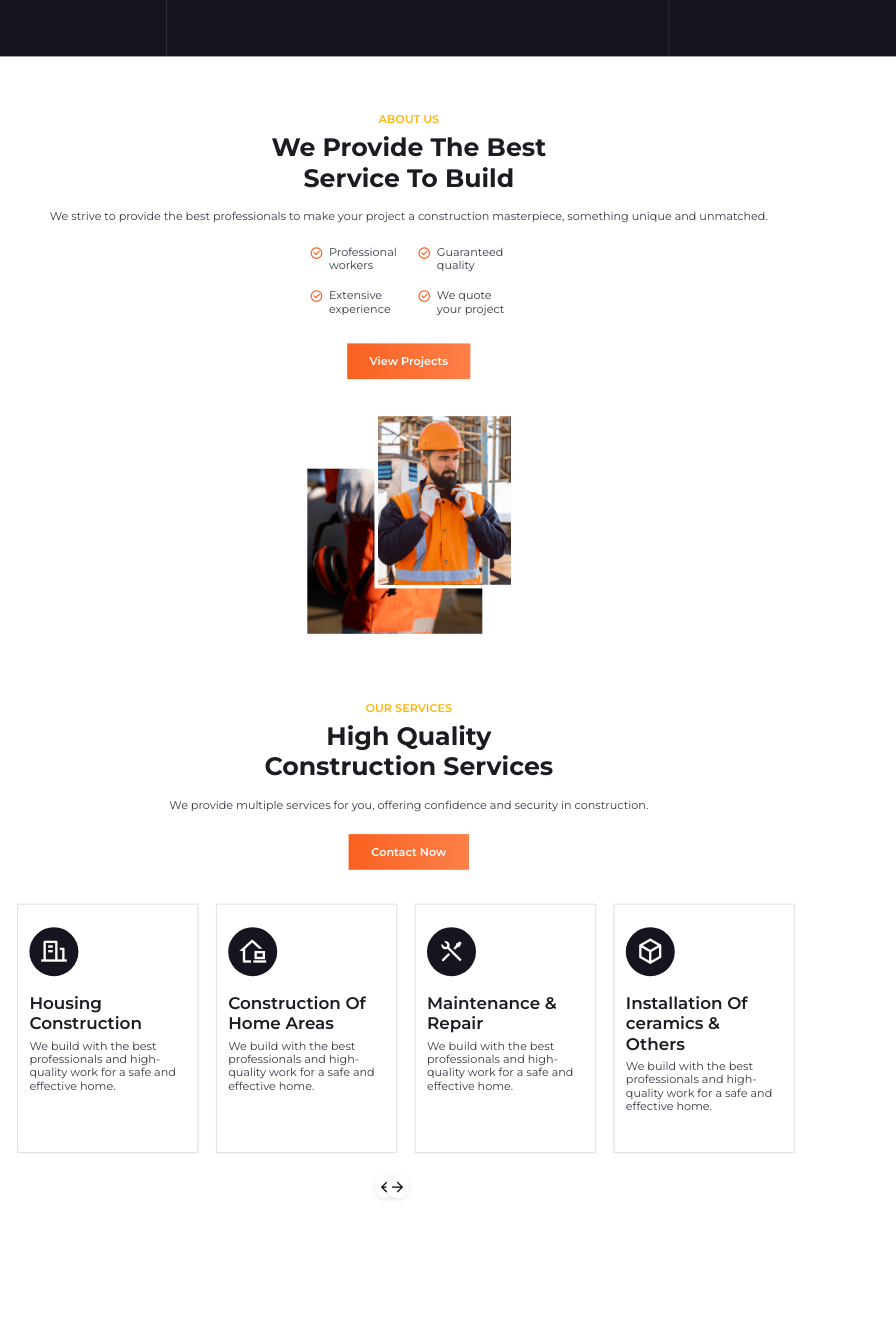
Repository: douglasabnovato/construction
Page: index.html
These files come from the project's save history. The page is drawn as it stood at one moment and after the next save; the edit follows.
The browser window is 1280 px wide. The pictures show the part of the page from y = 1741 to 3661 px (the page is 3661 px tall), at 70% of full size.

Above is the page before, as saved 2025-05-01 18:23:36.

### index.html
<!DOCTYPE html>
<html lang="en">
  <head>
    <meta charset="UTF-8" />
    <meta name="viewport" content="width=device-width, initial-scale=1.0" />

    <!--=============== FAVICON ===============-->
    <link
      rel="shortcut icon"
      href="assets/img/favicon.png"
      type="image/x-icon"
    />

    <!--=============== REMIXICONS ===============-->
    <link
      rel="stylesheet"
      href="https://cdnjs.cloudflare.com/ajax/libs/remixicon/4.2.0/remixicon.css"
    />

    <!--=============== SWIPER CSS ===============-->
    <link rel="stylesheet" href="./assets/css/swiper-bundle.min.css" />

    <!--=============== CSS ===============-->
    <link rel="stylesheet" href="assets/css/styles.css" />

    <title>Construction</title>
  </head>
  <body>
    <!--==================== HEADER ====================-->
    <header class="header bg-header" id="header">
      <nav class="nav container">
        <a href="#" class="nav__logo">
          <i class="ri-bulding-3-line"></i>
          <span>Construct</span>
        </a>
        <div class="nav__menu" id="nav-menu">
          <u class="nav__list">
            <li>
              <a href="#home" class="nav__link">Home</a>
            </li>
            <li>
              <a href="#aboutus" class="nav__link"> About Us</a>
            </li>
            <li>
              <a href="#services" class="nav__link"> Services</a>
            </li>
            <li>
              <a href="#projects" class="nav__link"> Projects</a>
            </li>
            <li>
              <a href="#contactus" class="nav__link button"> Contact Us</a>
            </li>
          </u>
          <!-- Close Button -->
          <div class="nav__close" id="nav-close">
            <i class="ri-close-large-line"></i>
          </div>
        </div>
        <!-- Toggle menu -->
        <div class="nav__toggle" id="nav-toggle">
          <i class="ri-apps-2-line"></i>
        </div>
      </nav>
    </header>

    <!--==================== MAIN ====================-->
    <main class="main">
      <!--==================== HOME ====================-->
      <section class="home section" id="home">
        <img
          src="./assets/img/home-lines-bg.svg"
          alt="image"
          class="home__lines"
        />
        <div class="home__container container grid">
          <div class="home__container grid">
            <div class="home__data">
              <h1 class="home__title">
                Create The<br />
                Constructions<br />
                You Want Here
              </h1>
              <p class="home__description">
                We provide the best home design, construction and maintenance
                services for you and your family.
              </p>
              <div class="home__buttons">
                <a href="#services" class="button">Our Services</a>
                <a href="#projects" class="button__link"
                  ><span>View Projects</span> <i class="ri-arrow-right-line"></i
                ></a>
              </div>
            </div>
            <div class="home__info">
              <div>
                <h3 class="home__info-title">10+</h3>
                <p class="home__info-description">
                  Years of <br />
                  Experience
                </p>
              </div>
              <div>
                <h3 class="home__info-title">200</h3>
                <p class="home__info-description">
                  Complete <br />
                  Projects
                </p>
              </div>
            </div>
          </div>
          <div class="home__images">
            <img src="./assets/img/home-img-1.png" alt="imagem" />
            <img src="./assets/img/home-img-2.png" alt="imagem" />
          </div>
        </div>
      </section>

      <!--==================== ABOUT ====================-->
      <section class="about section" id="about">
        <div class="about__container container grid">
          <div class="about__data">
            <span class="section__subtitle">ABOUT US</span>
            <h2 class="section__title">
              We Provide The Best <br />
              Service To Build
            </h2>
            <p class="about__description">
              We strive to provide the best professionals to make your project a
              construction masterpiece, something unique and unmatched.
            </p>
            <ul class="about__list grid">
              <li class="about__list-item">
                <i class="ri-checkbox-circle-line"></i>
                <span>Professional workers</span>
              </li>
              <li class="about__list-item">
                <i class="ri-checkbox-circle-line"></i>
                <span>Guaranteed quality</span>
              </li>
              <li class="about__list-item">
                <i class="ri-checkbox-circle-line"></i>
                <span>Extensive experience</span>
              </li>
              <li class="about__list-item">
                <i class="ri-checkbox-circle-line"></i>
                <span>We quote your project</span>
              </li>
            </ul>
            <a href="#" class="button">View Projects</a>
          </div>
          <div class="about__images">
            <img
              src="./assets/img/about-img-1.png"
              alt="image"
              class="about__img-1"
            />
            <img
              src="./assets/img/about-img-2.png"
              alt="image"
              class="about__img-2"
            />
          </div>
        </div>
      </section>

      <!--==================== SERVICES ====================-->
      <section class="services section" id="services">
        <div class="services__container container grid">
          <div class="services__data">
            <div>
              <span class="section__subtitle">OUR SERVICES</span>
              <h2 class="section__title">
                High Quality <br />
                Construction Services
              </h2>
            </div>
            <p class="services__description">
              We provide multiple services for you, offering confidence and
              security in construction.
            </p>
            <a href="#contact" class="button">Contact Now</a>
          </div>
          <div class="services__swiper swiper">
            <div class="swiper-wrapper">
              <article class="services__card swiper-slide">
                <div class="services__icon">
                  <i class="ri-building-line"></i>
                </div>
                <h3 class="services__title">
                  Housing <br />
                  Construction
                </h3>
                <p>
                  We build with the best professionals and high-quality work for
                  a safe and effective home.
                </p>
              </article>
              <article class="services__card swiper-slide">
                <div class="services__icon">
                  <i class="ri-home-office-line"></i>
                </div>
                <h3 class="services__title">
                  Construction Of <br />
                  Home Areas
                </h3>
                <p>
                  We build with the best professionals and high-quality work for
                  a safe and effective home.
                </p>
              </article>
              <article class="services__card swiper-slide">
                <div class="services__icon"><i class="ri-tools-line"></i></div>
                <h3 class="services__title">
                  Maintenance & <br />
                  Repair
                </h3>
                <p>
                  We build with the best professionals and high-quality work for
                  a safe and effective home.
                </p>
              </article>
              <article class="services__card swiper-slide">
                <div class="services__icon"><i class="ri-box-3-line"></i></div>
                <h3 class="services__title">
                  Installation Of <br />
                  ceramics & Others
                </h3>
                <p>
                  We build with the best professionals and high-quality work for
                  a safe and effective home.
                </p>
              </article>
              <article class="services__card swiper-slide">
                <div class="services__icon"><i class="ri-drop-line"></i></div>
                <h3 class="services__title">
                  Water & Drainage <br />
                  Installation
                </h3>
                <p>
                  We build with the best professionals and high-quality work for
                  a safe and effective home.
                </p>
              </article>
            </div>
          </div>
          <!-- Navigation buttons -->
           <div class="swiper-button-prev">
            <i class="ri-arrow-left-line"></i>
           </div>
           <div class="swiper-button-next">
            <i class="ri-arrow-right-line"></i>
           </div>
        </div>
        <div class="services__shape"></div>
      </section>

      <!--==================== PROJECTS ====================-->
      <section class="projects section" id="projects"></section>

      <!--==================== CONTACT ====================-->
      <section class="contact section" id="contact"></section>
    </main>

    <!--==================== FOOTER ====================-->
    <footer class="footer"></footer>

    <!--========== SCROLL UP ==========-->

    <!--=============== SCROLLREVEAL ===============-->
    <script src=""></script>

    <!--=============== SWIPER JS ===============-->
    <script src="./assets/js/swiper-bundle.min.js"></script>

    <!--=============== MAIN JS ===============-->
    <script src="assets/js/main.js"></script>
  </body>
</html>

### assets/css/styles.css
/*=============== GOOGLE FONTS ===============*/
@import url("https://fonts.googleapis.com/css2?family=Montserrat:wght@100..900&display=swap");

/*=============== VARIABLES CSS ===============*/
:root {
  --header-height: 3.5rem;

  /*========== Colors ==========*/
  /*Color mode HSL(hue, saturation, lightness)*/
  --first-color: hsl(18, 95%, 55%);
  --second-color: hsl(42, 98%, 52%);
  --first-gradient: linear-gradient(
    90deg,
    hsl(18, 95%, 55%),
    hsl(18, 98%, 64%)
  );
  --title-color: hsl(255, 12%, 12%);
  --text-color: hsl(225, 12%, 24%);
  --text-color-light: hsl(255, 4%, 70%);
  --body-color: hsl(0, 0%, 100%);
  --container-color: hsl(0, 0%, 100%);
  --white-color: hsl(0, 0%, 100%);
  --black-color: hsl(255, 20%, 10%);
  --gray-border: hsl(255, 6%, 90%);
  --black-border: hsl(255, 10%, 20%);

  /*========== Font and typography ==========*/
  /*.5rem = 8px | 1rem = 16px ...*/
  --body-font: "Montserrat", sans-serif;
  --big-font-size: 2.25rem;
  --h1-font-size: 1.5rem;
  --h2-font-size: 1.25rem;
  --h3-font-size: 1rem;
  --normal-font-size: 0.938rem;
  --small-font-size: 0.813rem;

  /*========== Font weight ==========*/
  --font-regular: 400;
  --font-medium: 500;
  --font-semi-bold: 600;
  --font-bold: 700;

  /*========== z index ==========*/
  --z-tooltip: 10;
  --z-fixed: 100;
}

/*========== Responsive typography ==========*/
@media screen and (min-width: 1150px) {
  :root {
    --big-font-size: 3.5rem;
    --h1-font-size: 2.25rem;
    --h2-font-size: 1.5rem;
    --h3-font-size: 1.25rem;
    --normal-font-size: 1rem;
    --small-font-size: 0.875rem;
  }
}

/*=============== BASE ===============*/
* {
  box-sizing: border-box;
  padding: 0;
  margin: 0;
}

html {
  scroll-behavior: smooth;
}

body {
  font-family: var(--body-font);
  font-size: var(--normal-font-size);
  background-color: var(--body-color);
  color: var(--text-color);
}

h1,
h2,
h3,
h4 {
  color: var(--title-color);
  font-weight: var(--font-semi-bold);
}

ul {
  list-style: none;
}

a {
  text-decoration: none;
}

img {
  display: block;
  max-width: 100%;
  height: auto;
}

/*=============== REUSABLE CSS CLASSES ===============*/
.container {
  max-width: 1120px;
  margin-inline: 1.5rem;
}

.grid {
  display: grid;
  gap: 1.5rem;
}

.section {
  padding-block: 5rem 1rem;
}
.section__title,
.section__subtitle {
  text-align: center;
}

.section__title {
  font-size: var(--h1-font-size);
  font-weight: var(--font-bold);
  margin-bottom: 1.5rem;
}

.section__subtitle {
  display: block;
  font-size: var(--normal-font-size);
  font-weight: var(--font-semi-bold);
  color: var(--second-color);
  margin-bottom: 0.5rem;
}

.main {
  overflow: hidden;
}

/*=============== HEADER & NAV ===============*/
.header {
  position: fixed;
  width: 100%;
  top: 0;
  left: 0;
  background-color: transparent;
  z-index: var(--z-fixed);
  transition: background-color 0.4s;
}

.nav {
  position: relative;
  height: var(--header-height);
  display: flex;
  justify-content: space-between;
  align-items: center;
}

.nav__logo {
  display: flex;
  align-items: center;
  column-gap: 0.25rem;
}

.nav__logo span {
  color: var(--white-color);
  font-weight: var(--font-semi-bold);
  transition: color 0.4s;
}

.nav__logoi i {
  color: var(--first-color);
  font-size: 1.5rem;
}

.nav__toggle,
.nav__close {
  font-size: 1.5rem;
  color: var(--white-color);
  cursor: pointer;
  transition: color 0.4s;
}

/* Navigation for mobile devices */
@media screen and (max-width: 1150px) {
  .nav__menu {
    position: fixed;
    top: 0;
    right: -100%;
    background-color: var(--black-color);
    width: 80%;
    height: 100%;
    padding: 7.5rem 3.5rem 0;
    border-left: 2px solid var(--black-border);
    transition: right 0.4s;
  }
}

.nav__list {
  display: flex;
  flex-direction: column;
  row-gap: 4rem;
}

.nav__link {
  color: var(--text-color-light);
  font-weight: var(--font-semi-bold);
  transition: color 0.4s;
}

.nav__link:hover {
  color: var(--first-color);
}

.nav__close {
  position: absolute;
  top: 1rem;
  right: 1.5rem;
}

/* Show menu */
.show-menu {
  right: 0;
}

/* Change background header */
.bg-header {
  background-color: var(--body-color);
  box-shadow: 0 4px 16px hsla(255, 90%, 8%, 0.1);
}

.bg-header .nav__logo span,
.bg-header .nav__toggle {
  color: var(--title-color);
}

/* Active link */

/*=============== HOME ===============*/
.home {
  position: relative;
  background-color: var(--black-color);
}

.home__container {
  position: relative;
  row-gap: 3rem;
  padding-block: 2.5rem 6rem;
}

.home__content {
  row-gap: 2.5rem;
}

.home__data {
  text-align: center;
}

.home__title {
  color: var(--white-color);
  font-size: var(--big-font-size);
  font-weight: var(--font-bold);
  margin-bottom: 1rem;
}

.home__description {
  margin-bottom: 2.5rem;
  color: var(--text-color-light);
}

.home_buttons {
  display: flex;
  justify-content: center;
  align-items: center;
  gap: 1rem;
}

.home__info {
  display: flex;
  justify-content: center;
  column-gap: 4.5rem;
}

.home__info-title {
  color: var(--second-color);
  font-size: var(--big-font-size);
  font-weight: var(--font-bold);
  margin-bottom: 0.5rem;
}

.home__info-description {
  font-size: var(--small-font-size);
  color: var(--white-color);
}

.home__images {
  position: relative;
  justify-self: center;
}

.home__img-1 {
  width: 250px;
  margin-left: 3.5rem;
}

.home__img-2 {
  width: 150px;
  border: 5px solid var(--black-color);
  position: absolute;
  left: 0;
  bottom: -3.5rem;
}

.home__lines {
  position: absolute;
  top: 0;
  left: 0;
  width: 100%;
  height: 100%;
  object-fit: cover;
  object-position: right;
}

/*=============== BUTTON ===============*/
.button {
  display: inline-flex;
  background: var(--first-gradient);
  color: var(--white-color);
  font-weight: var(--font-semi-bold);
  padding: 1rem 2rem;
  transition: box-shadow 0.4s;
}

.button:hover {
  box-shadow: 0 8px 32px hsla(18, 95%, 55%, 0.3);
  color: var(--white-color);
}

.button__link {
  display: flex;
  align-items: center;
  column-gap: 0.25rem;
  color: var(--first-color);
}

.button__link span {
  font-weight: var(--font-semi-bold);
}

.button__link i {
  font-size: 1.5rem;
  transition: transform 0.4s;
}

.button__link:hover i {
  transform: translateX(0.25rem);
}

/*=============== ABOUT ===============*/
.about__container {
  row-gap: 8rem;
}

.about__data {
  text-align: center;
}

.about__description {
  margin-bottom: 2rem;
}

.about__list {
  text-align: initial;
  grid-template-columns: repeat(2, 130px);
  justify-content: center;
  gap: 1.5rem;
  margin-bottom: 2.5rem;
}

.about__list-item {
  display: flex;
  column-gap: 0.5rem;
  color: var(--tittle-color);
}

.about__list-item i {
  font-size: 1.25rem;
  color: var(--first-color);
}

.about__images {
  position: relative;
  justify-self: center;
}

.about__img-1 {
  width: 200px;
  border: 5px solid var(--body-color);
  position: absolute;
  top: -5rem;
  left: 6rem;
}

.about__img-2 {
  width: 250px;
  margin-right: 2.5rem;
}

/*=============== SERVICES ===============*/
.services {
  position: relative;
}

.services__container {
  position: relative;
  row-gap: 3rem;
}

.services__data {
  text-align: center;
}

.services__description {
  margin-bottom: 2rem;
}

.services__card {
  width: 260px;
  background-color: var(--container-color);
  border: 2px solid var(--gray-border);
  padding: 2rem 1rem 3.5rem;
  transition: border-color 0.4s;
}

.services__card:hover {
  border-color: var(--first-color);
}

.services__icon {
  width: 70px;
  height: 70px;
  background-color: var(--black-color);
  color: var(--white-color);
  border-radius: 50%;
  display: grid;
  place-items: center;
  font-size: 2.5rem;
  margin-bottom: 1.5rem;
}

.services__title {
  font-size: var(--h2-font-size);
  margin-bottom: .5rem;
}

/* Swiper class */
.swiper {
  margin-inline: initial;
  padding-bottom: 4rem;
}

.swiper-button-prev::after,
.swiper-button-next::after {
  content: '';
}

.swiper-button-prev,
.swiper-button-next{
  top: initial;
  bottom: 0;
  width: 32px;
  height: 32px;
  background-color: var(--container-color);
  box-shadow: 0 2px 8px hsla(255, 8%, 4%, .1);
  border-radius: 50%;
  font-size: 1.5rem;
  color: var(--title-color);
}

.swiper-button-prev{
  left: calc(50% - 3rem);
}

.swiper-button-next{
  right: calc(50%);
}

/*=============== PROJECTS ===============*/

/*=============== CONTACT ===============*/

/*=============== FOOTER ===============*/

/*=============== SCROLL BAR ===============*/

/*=============== SCROLL UP ===============*/

/* Show Scroll Up */

/*=============== BREAKPOINTS ===============*/
/* For small devices */

/* For medium devices */

/* For large devices */

### assets/js/main.js
/*=============== SHOW MENU ===============*/
const navMenu = document.getElementById("nav-menu"),
  navToggle = document.getElementById("nav-toggle"),
  navClose = document.getElementById("nav-close");

/* Menu show */
if (navToggle) {
  navToggle.addEventListener("click", () => {
    navMenu.classList.add("show-menu");
  });
}

/* Menu hidden */
if (navClose) {
  navClose.addEventListener("click", () => {
    navMenu.classList.remove("show-menu");
  });
}

/*=============== REMOVE MENU MOBILE ===============*/
const navLink = document.querySelectorAll(".nav__link");

const linkAction = () => {
  const navMenu = document.getElementById("nav-menu");
  // When we click on each nav__link, we remove the show-menu class
  navMenu.classList.remove("show-menu");
};
navLink.forEach((n) => n.addEventListener("click", linkAction));

/*=============== CHANGE BACKGROUND HEADER ===============*/
const bgHeader = () => {
  const header = document.getElementById("header");
  // Add a class if the bottom offset is greater than 50 of the viewport
  this.scrollY >= 50
    ? header.classList.add("bg-header")
    : header.classList.remove("bg-header");
};
window.addEventListener("scroll", bgHeader);
bgHeader();

/*=============== SWIPER SERVICES ===============*/
const swiperServices = new Swiper(".services__swiper", {
  loop: true,
  grabCursor: true,
  spaceBetween: 24,
  slidesPerView: 'auto',

  // Navigation arrows
  navigation: {
    nextEl: ".swiper-button-next",
    prevEl: ".swiper-button-prev",
  },
});

/*=============== SHOW SCROLL UP ===============*/

/*=============== SCROLL SECTIONS ACTIVE LINK ===============*/

/*=============== SCROLL REVEAL ANIMATION ===============*/

Loaded but not shown: assets/css/swiper-bundle.min.css (library); assets/js/swiper-bundle.min.js (library)

After the next save:
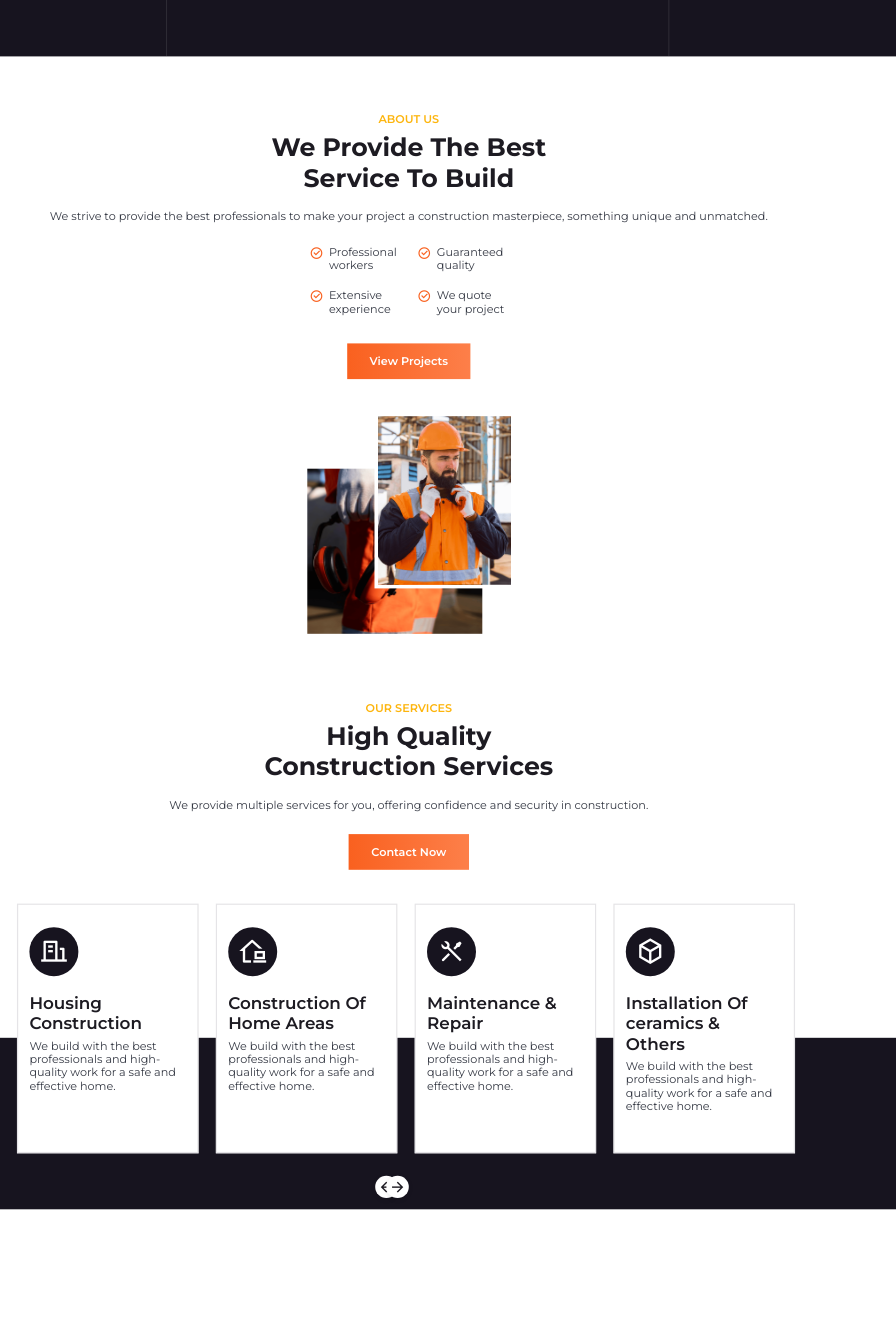
Saved 3 min 39 s later.
--- a/assets/css/styles.css
+++ b/assets/css/styles.css
@@ -450,6 +450,15 @@ img {
   margin-bottom: .5rem;
 }
 
+.services__shape{
+  position: absolute;
+  width: 100%;
+  height: 245px;
+  background-color: var(--black-color);
+  bottom: 0;
+  left: 0;
+}
+
 /* Swiper class */
 .swiper {
   margin-inline: initial;
